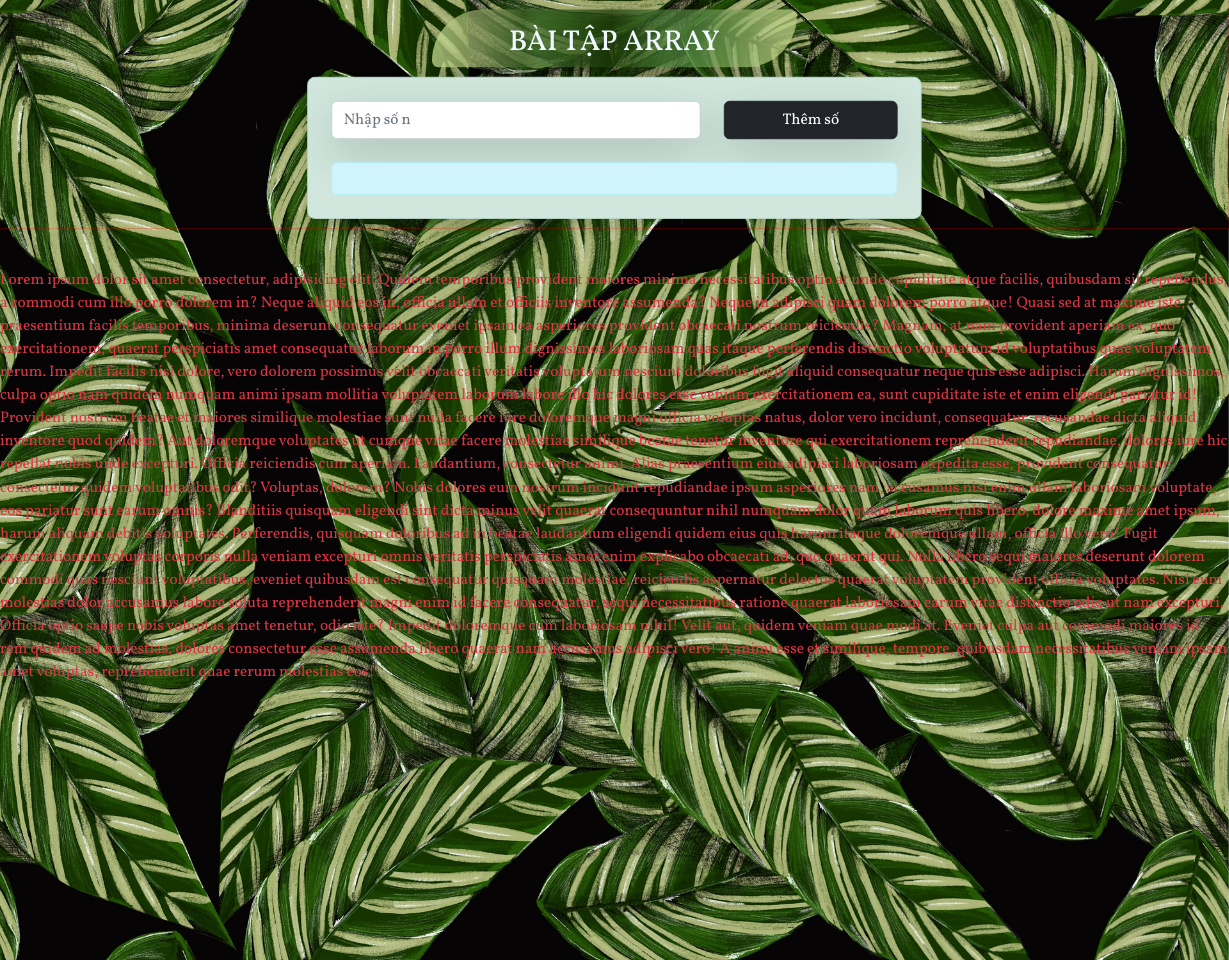
Repository: hcozyph/TranHuuPhuoc_BC43_BT_JS_Buoi7_8_ARRAY
Page: index.html
The author's editor kept a copy of each file at every save. The page is drawn from the files as they stood at one save, then again after the next save.
The browser window is 1280 px wide. The pictures show the whole page, at 96% of full size.
Backgrounds fixed to the window are drawn as part of the page.

Above is the page before, as saved 2023-02-22 16:15:04.

### index.html
<!DOCTYPE html>
<html lang="en">
    <head>
        <title>BT Array</title>
        <!-- Required meta tags -->
        <meta charset="utf-8" />
        <meta
            name="viewport"
            content="width=device-width, initial-scale=1, shrink-to-fit=no"
        />
        <!-- font -->
        <link rel="preconnect" href="https://fonts.googleapis.com" />
        <link rel="preconnect" href="https://fonts.gstatic.com" crossorigin />
        <link
            href="https://fonts.googleapis.com/css2?family=Fraunces:ital,opsz,wght@0,9..144,600;0,9..144,700;1,9..144,300;1,9..144,400;1,9..144,500;1,9..144,600;1,9..144,700;1,9..144,800&family=Vollkorn:ital,wght@0,400;0,500;0,600;0,700;0,800;0,900;1,400;1,500;1,600;1,700;1,800;1,900&display=swap"
            rel="stylesheet"
        />
        <!-- Bootstrap CSS v5.2.1 -->
        <link
            href="https://cdn.jsdelivr.net/npm/bootstrap@5.2.1/dist/css/bootstrap.min.css"
            rel="stylesheet"
            integrity="sha384-iYQeCzEYFbKjA/T2uDLTpkwGzCiq6soy8tYaI1GyVh/UjpbCx/TYkiZhlZB6+fzT"
            crossorigin="anonymous"
        />

        <!-- index.css -->
        <link rel="stylesheet" href="./css/index.css" />
    </head>

    <body>
        <div class="container">
            <div class="bt-array-top">
                <div class="bt-array-title pt-2 shadow-lg">
                    <h1
                        class="text-center shadow-lg p-2"
                        ;
                        style="font-size: 30px"
                    >
                        BÀI TẬP ARRAY
                    </h1>
                </div>

                <div
                    id="mainArray"
                    class="alert alert-success w-50 rounded-3 shadow p-4"
                    style="margin: 10px auto"
                >
                    <div class="row row-cols-3">
                        <div class="col-8">
                            <input
                                id="user-input"
                                type="number"
                                class="form-control shadow-lg py-2"
                                placeholder="Nhập số n"
                                style="height: 100%"
                            />
                        </div>
                        <div class="col">
                            <button
                                id="user-btn"
                                class="btn btn-dark shadow-lg"
                                style="height: 100%; width: 100%"
                            >
                                Thêm số
                            </button>
                        </div>
                    </div>

                    <div
                        class="alert alert-info mt-4 mb-0 text-break"
                        style="display: block"
                        role="alert"
                    >
                        <span id="user-array" style="display: block"></span>
                    </div>
                </div>
            </div>

            <div class="bt-array-content">
                <div class="text-danger">
                    Lorem ipsum dolor sit amet consectetur, adipisicing elit.
                    Quidem temporibus provident maiores minima necessitatibus
                    optio at unde cupiditate atque facilis, quibusdam sit
                    repellendus, a commodi cum illo porro dolorem in? Neque
                    aliquid eos in, officia ullam et officiis inventore
                    assumenda? Neque in adipisci quam dolorem porro atque! Quasi
                    sed at maxime iste, praesentium facilis temporibus, minima
                    deserunt consequatur eveniet ipsam ea asperiores provident
                    obcaecati nostrum reiciendis? Magnam, at nam provident
                    aperiam ex, quo exercitationem, quaerat perspiciatis amet
                    consequatur laborum in porro illum dignissimos laboriosam
                    quas itaque perferendis distinctio voluptatum id
                    voluptatibus quae voluptatem rerum. Impedit facilis nisi
                    dolore, vero dolorem possimus velit obcaecati veritatis
                    voluptatum nesciunt doloribus fugit aliquid consequatur
                    neque quis esse adipisci. Harum dignissimos, culpa optio nam
                    quidem numquam animi ipsam mollitia voluptatem laborum
                    labore illo hic dolores esse veniam exercitationem ea, sunt
                    cupiditate iste et enim eligendi pariatur id! Provident
                    nostrum beatae et maiores similique molestiae sunt nulla
                    facere iure doloremque magni officia voluptas natus, dolor
                    vero incidunt, consequatur, recusandae dicta aliquid
                    inventore quod quidem? Aut doloremque voluptates ut cumque
                    vitae facere molestiae similique beatae tenetur inventore
                    qui exercitationem reprehenderit repudiandae, dolores iure
                    hic repellat nobis unde excepturi. Officia reiciendis cum
                    aperiam. Laudantium, consectetur animi. Alias praesentium
                    eius adipisci laboriosam expedita esse, provident
                    consequatur consectetur quidem voluptatibus odit? Voluptas,
                    dolorem? Nobis dolores eum nostrum incidunt repudiandae
                    ipsum asperiores nam, accusamus nisi enim ullam laboriosam
                    voluptate, eos pariatur sunt earum omnis? Blanditiis
                    quisquam eligendi sint dicta minus velit quaerat
                    consequuntur nihil numquam dolor quam laborum quis libero,
                    dolore maxime amet ipsum, harum aliquam debitis voluptates.
                    Perferendis, quisquam doloribus ad in beatae laudantium
                    eligendi quidem eius quis harum itaque doloremque ullam,
                    officia illo vero! Fugit exercitationem voluptas corporis
                    nulla veniam excepturi omnis veritatis perspiciatis amet
                    enim explicabo obcaecati ad, quo quaerat qui. Nulla libero
                    sequi maiores deserunt dolorem commodi quas nesciunt
                    voluptatibus, eveniet quibusdam est consequatur quisquam
                    molestiae, reiciendis aspernatur delectus quaerat voluptatem
                    provident officia voluptates. Nisi eum molestias dolor
                    accusamus labore soluta reprehenderit magni enim id facere
                    consequatur, sequi necessitatibus ratione quaerat laboriosam
                    earum vitae distinctio odio ut nam excepturi. Officia optio
                    saepe nobis voluptas amet tenetur, odio iste? Impedit
                    doloremque cum laboriosam nihil! Velit aut, quidem veniam
                    quae modi at. Eveniet culpa aut commodi maiores id rem
                    quidem ad molestias, dolores consectetur esse assumenda
                    libero quaerat nam accusamus adipisci vero! A animi esse et
                    similique, tempore, quibusdam necessitatibus veniam ipsam
                    amet voluptas, reprehenderit quae rerum molestias eos!
                </div>
                <div class="bt1"></div>
            </div>
        </div>

        <!-- Bootstrap JavaScript Libraries -->
        <script
            src="https://cdn.jsdelivr.net/npm/@popperjs/core@2.11.6/dist/umd/popper.min.js"
            integrity="sha384-oBqDVmMz9ATKxIep9tiCxS/Z9fNfEXiDAYTujMAeBAsjFuCZSmKbSSUnQlmh/jp3"
            crossorigin="anonymous"
        ></script>

        <script
            src="https://cdn.jsdelivr.net/npm/bootstrap@5.2.1/dist/js/bootstrap.min.js"
            integrity="sha384-7VPbUDkoPSGFnVtYi0QogXtr74QeVeeIs99Qfg5YCF+TidwNdjvaKZX19NZ/e6oz"
            crossorigin="anonymous"
        ></script>

        <!-- method.js -->
        <link rel="stylesheet" href="./js/method.js" />

        <!-- index.js -->
        <script src="./js/index.js"></script>
    </body>
</html>

### css/index.css
* {
    margin: 0;
    padding: 0;
    box-sizing: border-box;
    font-family: "Fraunces", serif;
    font-family: "Vollkorn", serif;
}

.container {
    margin: 0 auto;
    max-width: 1440px;
    overflow: hidden;
    padding: 0;

    background-image: url(../img/2.jpg);
    background-size: cover;
    background-position: inherit;
    background-repeat: no-repeat;
    background-attachment: fixed;

    height: 1000px;
    position: relative;
}

.bt-array-title {
    display: block;
    width: 380px;
    margin: 0 auto;
    border-radius: 80px 10px 80px 10px;

    font-size: 40px;
    font-weight: 700;
    /* background-color: red; */
    color: aliceblue;
    background: rgb(156, 173, 110);
    background: linear-gradient(
        90deg,
        rgba(198, 219, 142, 0.75) 0%,
        rgba(156, 173, 110, 0.75) 10%,
        rgba(60, 94, 39, 0.75) 25%,
        rgba(68, 112, 49, 0.75) 29%,
        rgba(27, 57, 5, 0.75) 49%,
        rgba(66, 114, 50, 0.75) 63%,
        rgba(90, 139, 69, 0.75) 74%,
        rgba(184, 203, 130, 0.75) 95%
    );
}

.bt-array-top {
    position: fixed;
    width: 100%;
    padding-top: 10px;
    background-color: red;

    background-image: url(../img/2.jpg);
    background-size: cover;
    background-position: inherit;
    background-repeat: no-repeat;
    background-attachment: fixed;
}

.bt-array-content {
    padding-top: 280px;
}

### js/index.js
/* function getElementByID*/
function ID(n) {
    return document.getElementById("n");
}

/* End-function getElementByID*/

/*create-array*/
var mainArray = [];

document.getElementById("user-btn").onclick = function () {
    //input: userInput
    var userInput = Number(document.getElementById("user-input").value);

    //output: mainArray

    //process
    mainArray.push(userInput);

    document.getElementById("user-array").innerHTML = mainArray;
};

/*End-create-array*/

Loaded but not shown: js/method.js (no stored copy; drawn as an empty file)

After the next save:
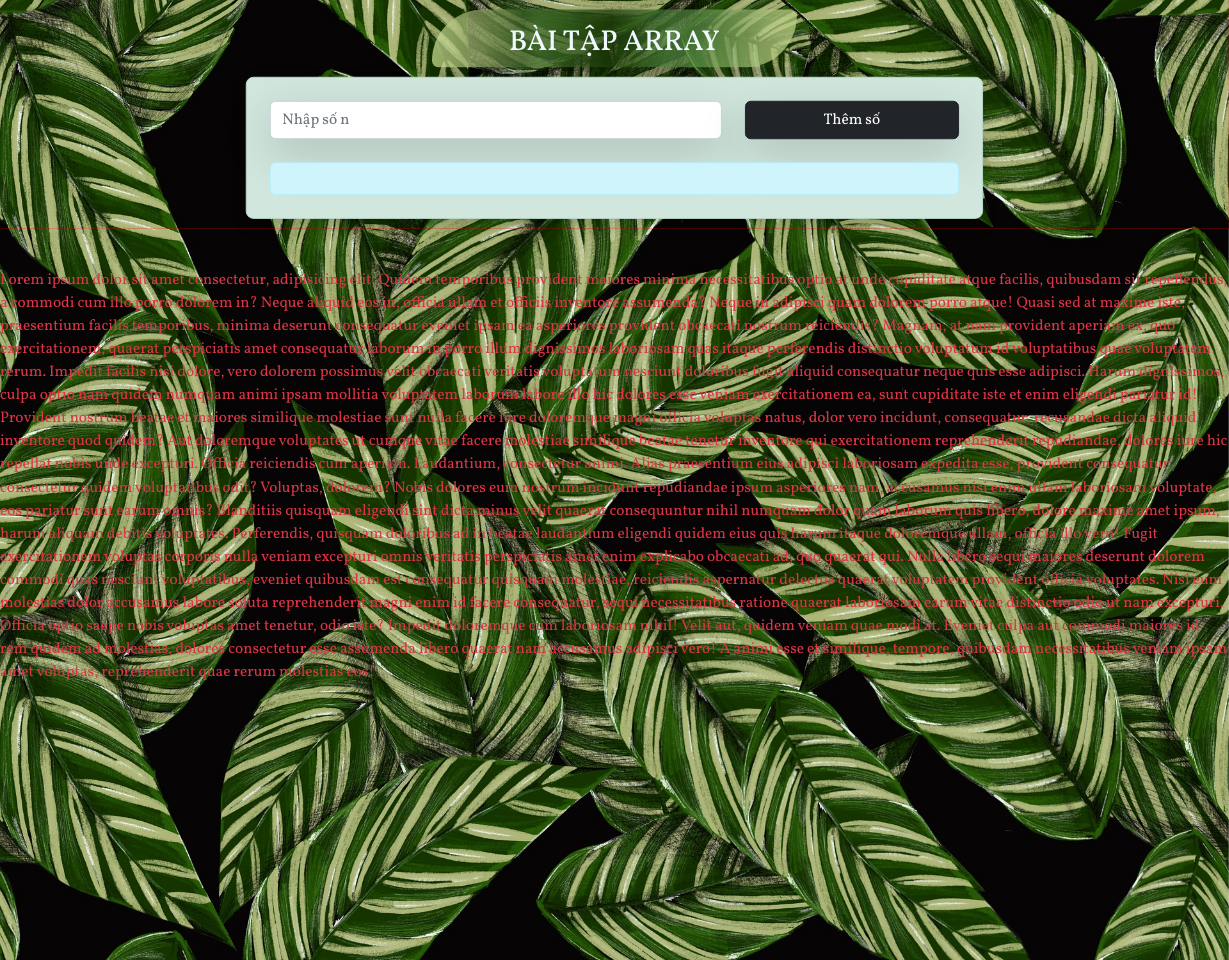
Saved 5 min 45 s later.
--- a/index.html
+++ b/index.html
@@ -42,8 +42,8 @@
 
                 <div
                     id="mainArray"
-                    class="alert alert-success w-50 rounded-3 shadow p-4"
-                    style="margin: 10px auto"
+                    class="alert alert-success rounded-3 shadow p-4"
+                    style="margin: 10px auto; width: 60%"
                 >
                     <div class="row row-cols-3">
                         <div class="col-8">
